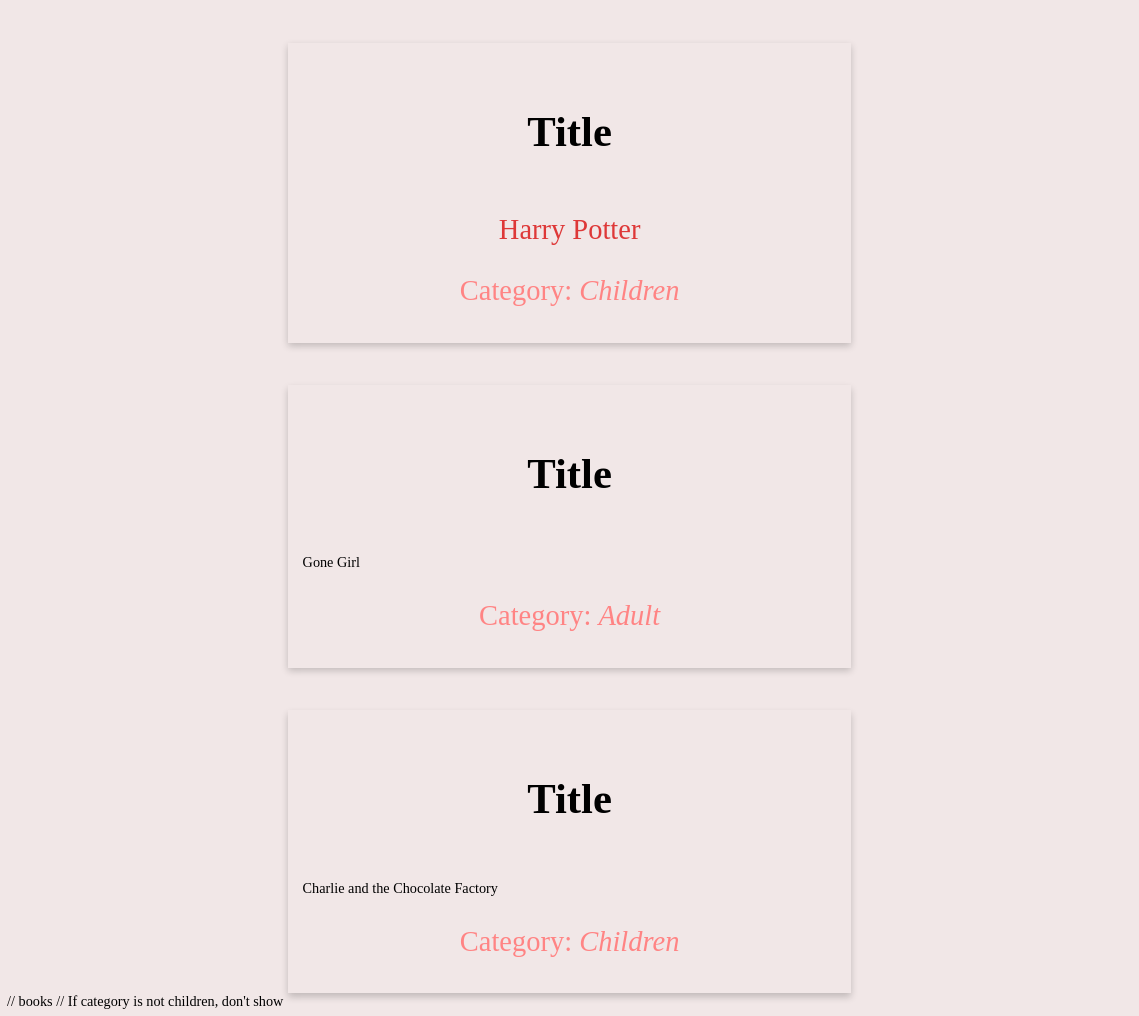
Repository: cyborgEneki/archangel-code-challenge
Page: index.html
The author's editor kept a copy of each file at every save. The page is drawn from the files as they stood at one save, then again after a run of saves.
The browser window is 1280 px wide. The pictures show the whole page, at 89% of full size.
The style sheet was rebuilt from its Sass, Less or Tailwind sources for each picture, by a compiler version that may differ from the author's.

Above is the page before, as saved 2020-11-05 14:17:56.

### index.html
<!DOCTYPE html>
<html lang="en">

<head>
    <link rel="stylesheet" href="assets/css/styles.css">
</head>

<body>
    <div id="main"></div>
    <script src="bower_components/handlebars/handlebars.min.js"></script>
    <script src="bower_components/jquery/dist/jquery.min.js"></script>
    <script type="text/x-handlebars-template" id="template-script">
            <div class="card">
                <div class="card__container">
                    <h4 class="card__heading"><b>Title</b></h4>
                    <p class="card__title-text">Harry Potter</p>
                    <p class="card__category-text">Category: <i>Children</i></p>
                </div>
            </div>
            <div class="card">
                <div class="card__container">
                    <h4 class="card__heading"><b>Title</b></h4>
                    <p class="card__text">Gone Girl</p>
                    <p class="card__category-text">Category: <i>Adult</i></p>
                </div>
            </div>
            <div class="card">
                <div class="card__container">
                    <h4 class="card__heading"><b>Title</b></h4>
                    <p class="card__text">Charlie and the Chocolate Factory</p>
                    <p class="card__category-text">Category: <i>Children</i></p>
                </div>
            </div>
    </script>
    <script src="assets/js/books.js"></script>
    <script src="assets/js/index.js"></script>
</body>
</html>


                    <!-- <p class="card__text">{{compareEquality a b real makeBelieve}}!</p> -->

    // books
    // If category is not children, don't show

### assets/js/index.js
$(function () {
    Handlebars.registerHelper("compareEquality", function (a, b, real, makeBelieve) {
        if (a == b) {
            return real;
        } else {
            return makeBelieve;
        };
    });
    let template = $('#template-script').html(),
        compiled = Handlebars.compile(template),
        rendered = compiled({
            a: 1,
            b: 1,
            real: 'an oblate spheroid',
            makeBelieve: 'flat'
        });
    $('#main').html(rendered);
});

### scss/styles.scss
$peach: #f1e7e7;

body {
    background-color: $peach;
}

.card {
    box-shadow: 0 4px 8px 0 rgba(0, 0, 0, 0.2);
    transition: 0.3s;
    width: 50%;
    margin: 0 auto;

    &__container {
        padding: 0.5rem 1rem;
        margin-top: 3rem;
    }

    &__heading {
        font-size: 3rem;
        text-align: center;
    }

    &__title-text {
        text-align: center;
        font-size: 2rem;
        color: #de3838;
    }

    &__category-text {
        text-align: center;
        font-size: 2rem;
        color: #ff8484;
    }
}

Loaded but not shown: bower_components/handlebars/handlebars.min.js (library); bower_components/jquery/dist/jquery.min.js (library); assets/js/books.js (no stored copy; drawn as an empty file)

After the next 2 saves:
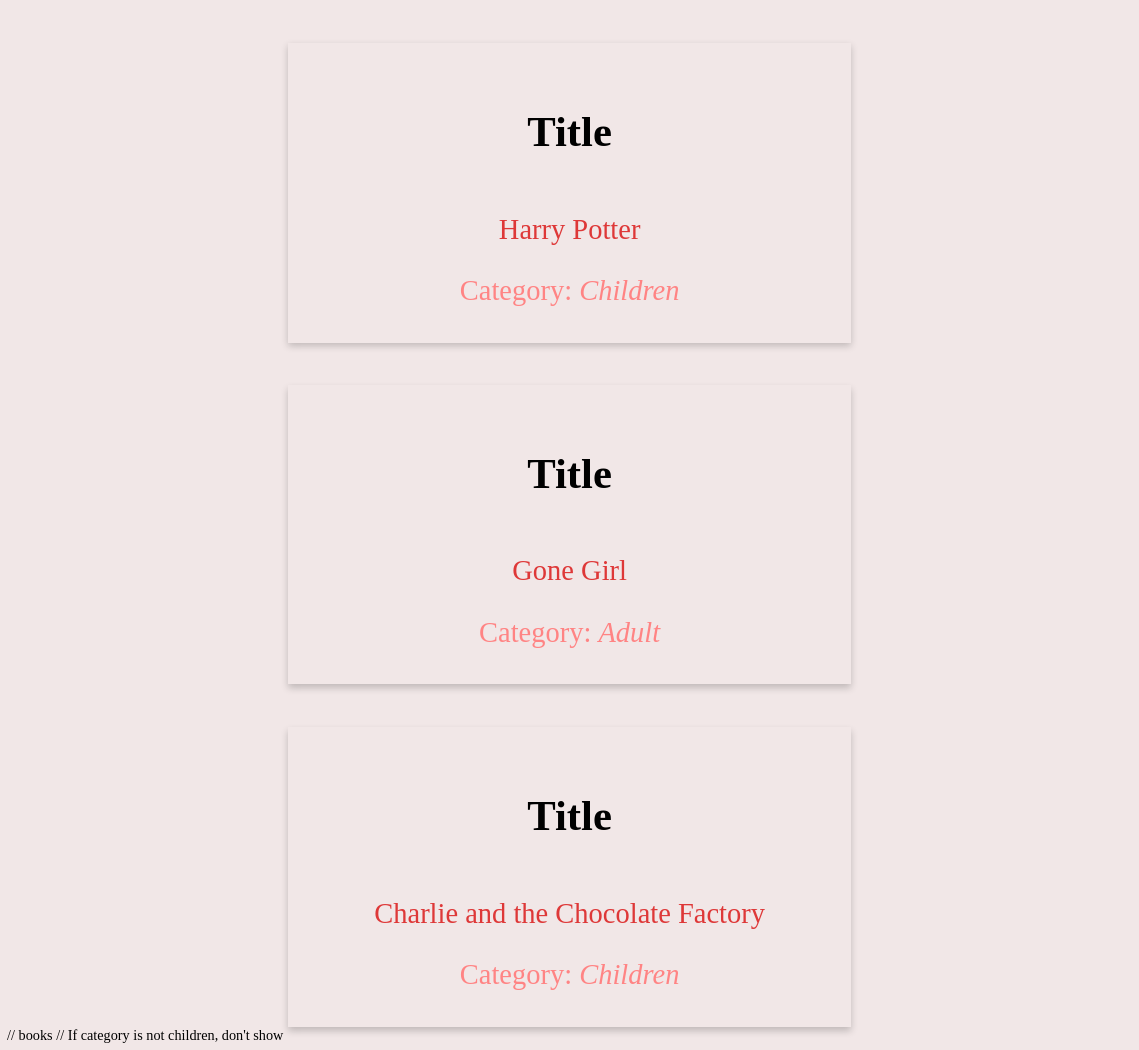
The 2 saves are shown as one change because they came seconds apart.
The last was saved 46 s later.
--- a/index.html
+++ b/index.html
@@ -20,14 +20,14 @@
             <div class="card">
                 <div class="card__container">
                     <h4 class="card__heading"><b>Title</b></h4>
-                    <p class="card__text">Gone Girl</p>
+                    <p class="card__title-text">Gone Girl</p>
                     <p class="card__category-text">Category: <i>Adult</i></p>
                 </div>
             </div>
             <div class="card">
                 <div class="card__container">
                     <h4 class="card__heading"><b>Title</b></h4>
-                    <p class="card__text">Charlie and the Chocolate Factory</p>
+                    <p class="card__title-text">Charlie and the Chocolate Factory</p>
                     <p class="card__category-text">Category: <i>Children</i></p>
                 </div>
             </div>
